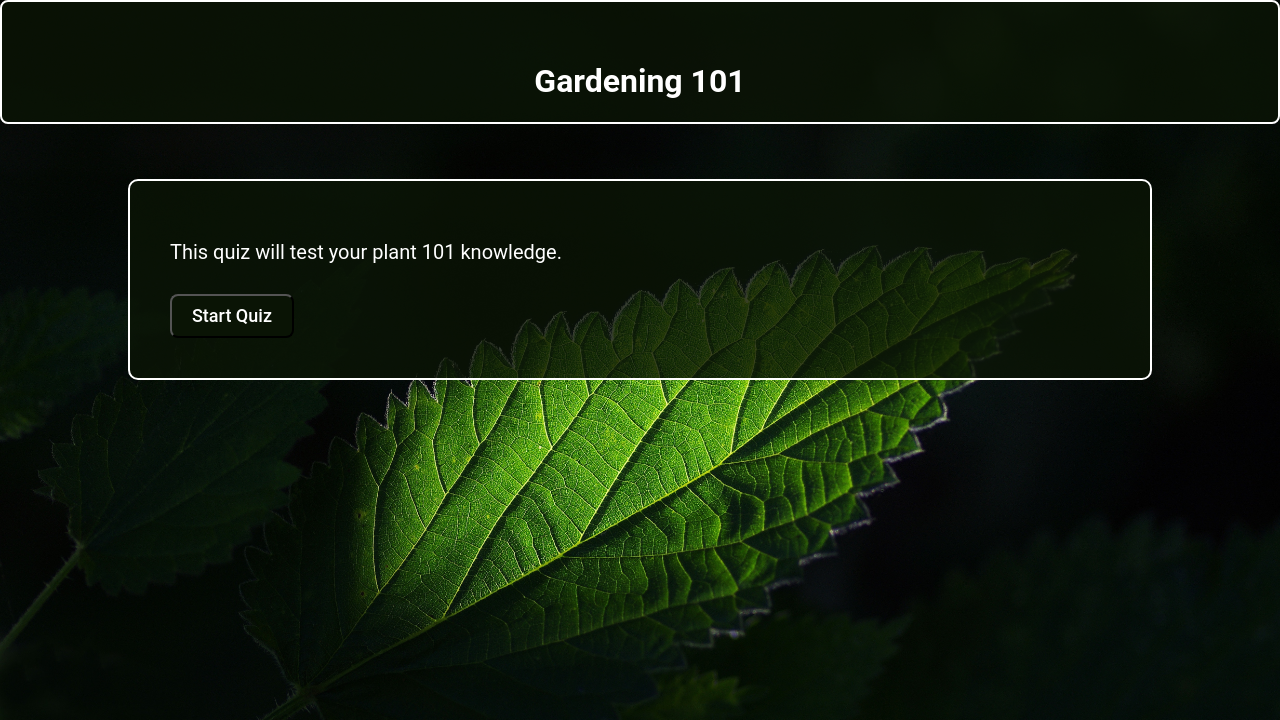
Repository: kaitlynMidori/gardening101
Page: index.html
The author's editor kept a copy of each file at every save. The page is drawn from the files as they stood at one save, then again after the next save.
The browser window is 1280 px wide. The pictures show the whole page.

Above is the page before, as saved 2021-06-10 14:01:17.

After the next save:
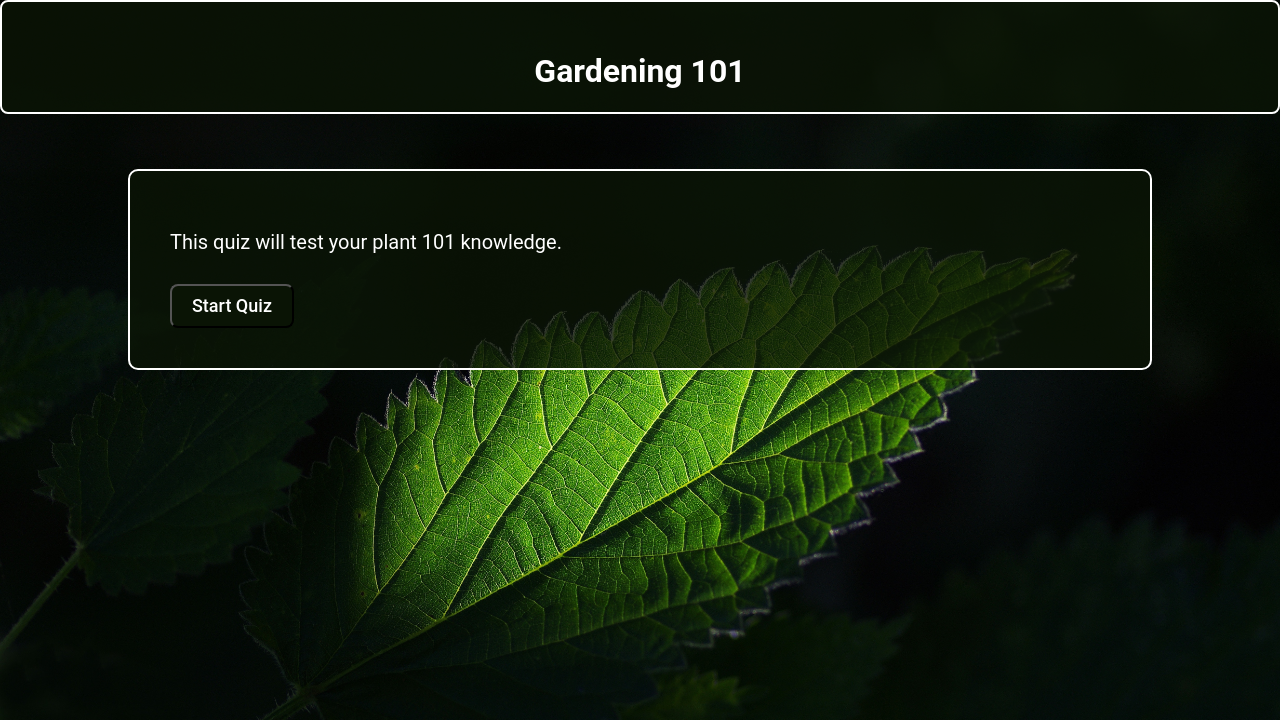
Saved 31 s later.
--- a/app.css
+++ b/app.css
@@ -32,7 +32,7 @@ header {
     border: 2px solid white;
     border-radius: 8px;
     background: rgba(11, 21, 6, 0.8);
-    padding: 40px 0 0 0;
+    padding: 30px 0 0 0;
     color: white;
 }
 
